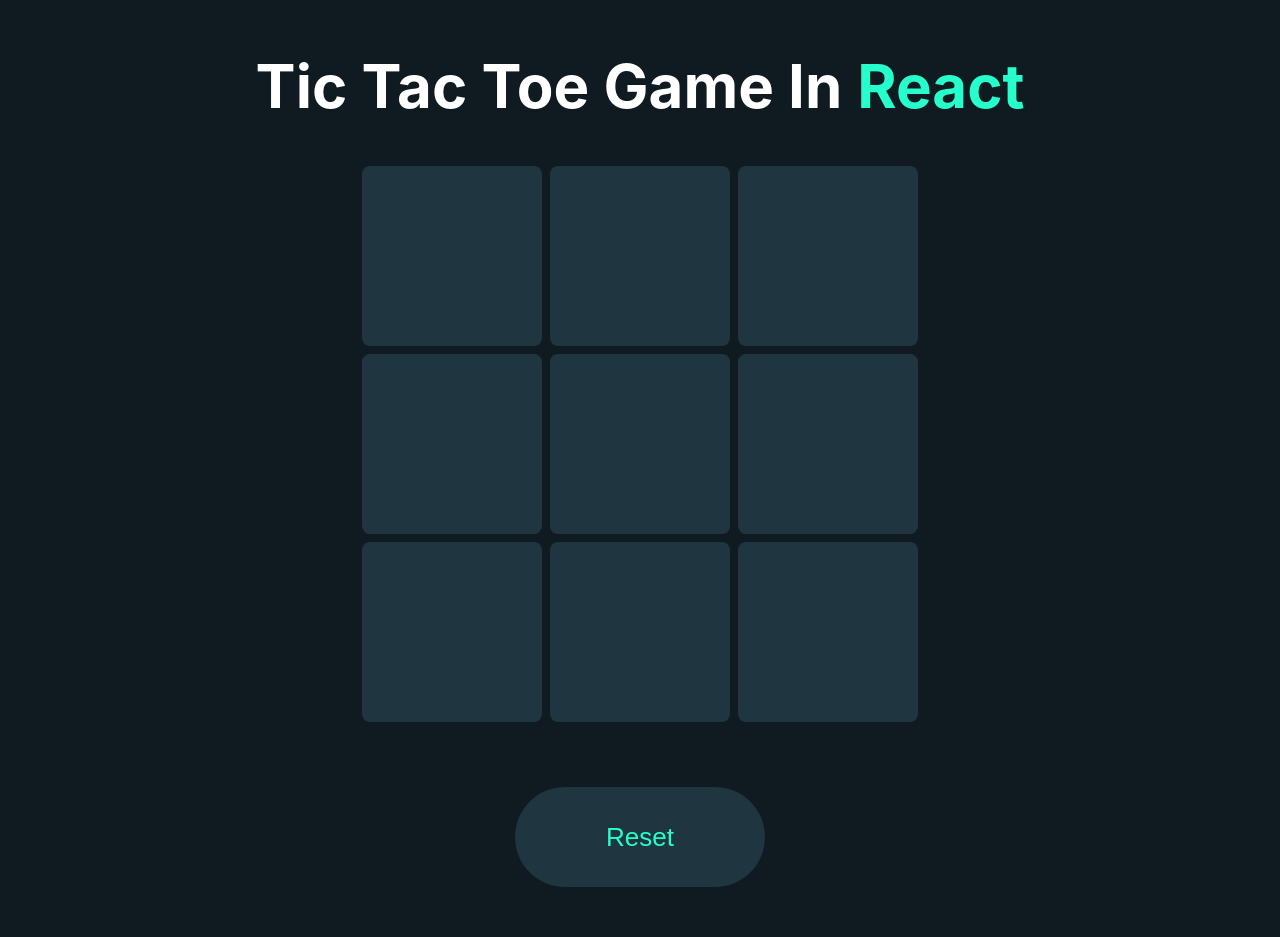
Repository: GigaByte6610/TicTacToe
Page: /
An editor plug-in stored every save of this project. The page is shown before and after the next save, followed by the edit.
The browser window is 1280 px wide. The pictures show the whole page.
The project was rebuilt for these pictures with package versions that can differ from the ones it lists, and the page was loaded fresh each time. Also part of the build but not shown: src/App.css.

Above is the page before, as saved 2025-02-01 06:01:38.

After the next save:
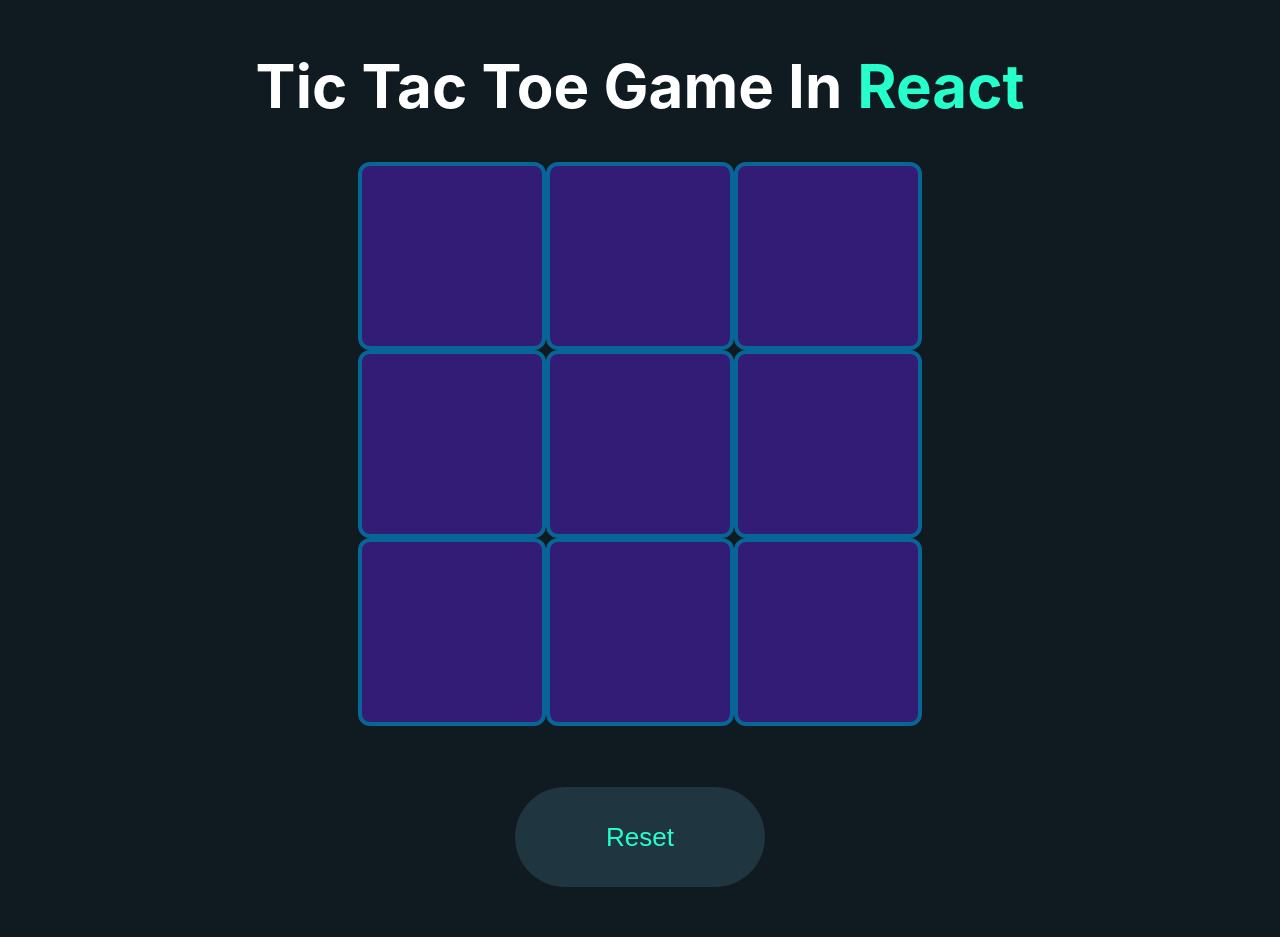
Saved 71 min 57 s later.
--- a/src/Components/TicTacToe/TicTacToe.css
+++ b/src/Components/TicTacToe/TicTacToe.css
@@ -20,8 +20,8 @@
     display: flex;
     height: 180px;
     width: 180px;
-    background: #1f3540;
-    border: 4px solid #0f1b21;
+    background: #321c75;
+    border: 4px solid #086696;
     border-radius: 12px;
     cursor: pointer;
 }
